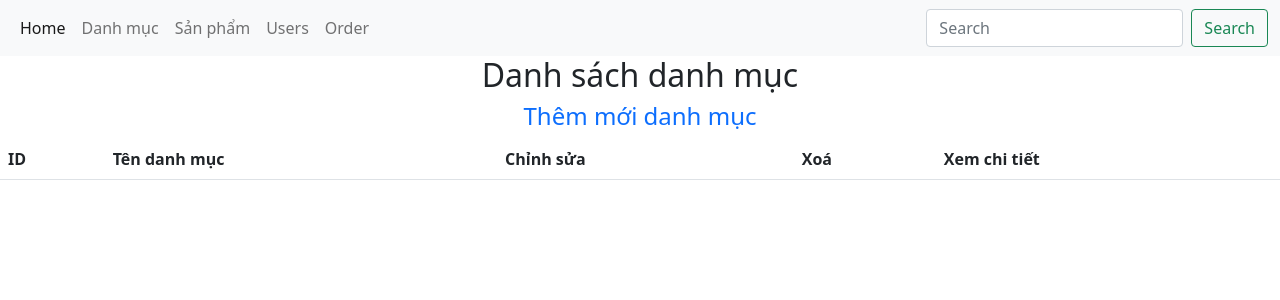
Repository: ThanhNghiadn03/Website-1-JSP-Servlet
Page: http://localhost/new-web-ban-sach/admin-home?action=categories
An editor plug-in stored every save of this project. The page is shown before and after the next save, followed by the edit.
The browser window is 1280 px wide. The pictures show the whole page.
The page is served by Tomcat 9. Other server files are loaded and not shown. Queries for data that is not in the repository find no rows.

Above is the page before, as saved 2023-04-30 08:27:37.

### Project/new-web-ban-sach/src/main/webapp/views/admin/jsp-categories/categories.jsp
<%@ page language="java" contentType="text/html; charset=UTF-8"
	pageEncoding="UTF-8"%>
<%@ taglib uri="http://java.sun.com/jsp/jstl/core" prefix="c"%>
<!DOCTYPE html>
<html>
<head>
<meta charset="UTF-8">
<title>Danh mục</title>
<link
	href="https://cdn.jsdelivr.net/npm/bootstrap@5.0.2/dist/css/bootstrap.min.css"
	rel="stylesheet"
	integrity="sha384-EVSTQN3/azprG1Anm3QDgpJLIm9Nao0Yz1ztcQTwFspd3yD65VohhpuuCOmLASjC"
	crossorigin="anonymous">
</head>
<body>
	<div class="header">
		<nav class="navbar navbar-expand-lg navbar-light bg-light">
			<div class="container-fluid">
				<!-- 				<a class="navbar-brand" href="#"> <img src="logo_casestudy.png"
					width="50px" height="50px">
				</a> -->
				<button class="navbar-toggler" type="button"
					data-bs-toggle="collapse" data-bs-target="#navbarSupportedContent"
					aria-controls="navbarSupportedContent" aria-expanded="false"
					aria-label="Toggle navigation">
					<span class="navbar-toggler-icon"></span>
				</button>
				<div class="collapse navbar-collapse" id="navbarSupportedContent">
					<ul class="navbar-nav me-auto mb-2 mb-lg-0">
						<li class="nav-item"><a class="nav-link active"
							aria-current="page" href=/new-web-ban-sach/admin-home?action=admin>Home</a></li>
						<li class="nav-item"><a class="nav-link"
							href="/new-web-ban-sach/admin-home?action=categories">Danh mục</a></li>
						<li class="nav-item"><a class="nav-link"
							href="/new-web-ban-sach/admin-home?action=products">Sản phẩm</a></li>
						<li class="nav-item"><a class="nav-link"
							href="/new-web-ban-sach/admin-home?action=users">Users</a></li>
						<li class="nav-item"><a class="nav-link"
							href="/new-web-ban-sach/admin-home?action=orders">Order</a></li>
					</ul>
					<form class="d-flex">
						<input class="form-control me-2" type="search"
							placeholder="Search" aria-label="Search">
						<button class="btn btn-outline-success" type="submit">Search</button>
					</form>
				</div>
			</div>
		</nav>
	</div>
	<center>
			<h2 >Danh sách danh mục</h2>
			<h4>
				<a href="/new-web-ban-sach/admin-home?action=creatCategories"
						style="text-decoration: none">
						Thêm mới danh mục
				</a>
			</h4>
	</center>
	<div>
		<table class="table">
			<tr>
				<th>ID</th>
				<th>Tên danh mục</th>
				<th>Chỉnh sửa</th>
				<th>Xoá</th>
				<th>Xem chi tiết</th>
			</tr>
			<c:forEach varStatus="count" var="cate" items="${listCate}">
				<tr>
					<td><c:out value="${cate.idCategory}"></c:out></td>
					<td><c:out value="${cate.nameCategory}"></c:out></td>
					<td><a
						href="/new-web-ban-sach/admin-home?action=editCate&idCategory=${cate.idCategory}"
						style="text-decoration: none">Chỉnh sửa</a></td>
					<td><a
						href="/new-web-ban-sach/admin-home?action=deleteCate&idCategory=${cate.idCategory}"
						style="text-decoration: none">Xoá</a></td>
					<td>
						<a
						href="/new-web-ban-sach/admin-home?action=detailCate&idCategory=${cate.idCategory}"
						style="text-decoration: none">Chi tiết</a>
					</td>
				</tr>
			</c:forEach>
		</table>
	</div>
</body>
</html>

### Project/new-web-ban-sach/src/main/java/controller/AdminController.java
package controller;

import java.io.IOException;
import java.util.ArrayList;
import java.util.List;

import javax.servlet.RequestDispatcher;
import javax.servlet.ServletException;
import javax.servlet.annotation.WebServlet;
import javax.servlet.http.HttpServlet;
import javax.servlet.http.HttpServletRequest;
import javax.servlet.http.HttpServletResponse;

import model.Categories;
import model.Product;
import service.Implement.CategoriesServiceImpl;
import service.Implement.ProductServiceImpl;
import service.Interfaces.CRUDCategories;
import service.Interfaces.CRUDProduct;

@WebServlet(urlPatterns = {"/admin-home"})
public class AdminController extends HttpServlet  {
	CRUDCategories cateService = new CategoriesServiceImpl();
	CRUDProduct productService = new ProductServiceImpl();
	/**
	 *
	 */
	private static final long serialVersionUID = 1L;

	protected void doGet(HttpServletRequest request, HttpServletResponse response) throws ServletException, IOException{
		String action = request.getParameter("action");
		if(action == null) {
			action = "admin";
		}
		if(action.equals("categories")) {
			showCategories(request, response);
		} else if(action.equals("products")) {
			showProduct(request, response);
		}else {
			showAdmin(request, response);
		}
	}

	protected void doPost(HttpServletRequest request, HttpServletResponse response) throws ServletException, IOException {

	}

	private void showCategories(HttpServletRequest request, HttpServletResponse response) {
		List<Categories> listCate = new ArrayList<Categories>();
		listCate = cateService.findAll();
		request.setAttribute("listCate", listCate);
		try {
			request.getRequestDispatcher("/views/admin/jsp-categories/categories.jsp").forward(request, response);
		} catch (ServletException e) {
			// TODO Auto-generated catch block
			System.out.println("Servlet Exception");
		} catch (IOException e) {
			// TODO Auto-generated catch block
			System.out.println("IOException");
		}
	}

	private void showProduct(HttpServletRequest request, HttpServletResponse response) {
		List<Product> listProduct = null;
		listProduct = productService.findAll();
		request.setAttribute("listProduct", listProduct);
		try {
			request.getRequestDispatcher("/views/admin/jsp-product/product.jsp").forward(request, response);
		} catch (ServletException e) {
			// TODO Auto-generated catch block
			System.out.println("Servlet Exception");
		} catch (IOException e) {
			// TODO Auto-generated catch block
			System.out.println("IOException");
		}
	}

	private void showAdmin(HttpServletRequest request, HttpServletResponse response) {
		try {
			request.getRequestDispatcher("/views/admin/admin.jsp").forward(request, response);
		} catch (ServletException e) {
			// TODO Auto-generated catch block
			System.out.println("Servlet Exception");
		} catch (IOException e) {
			// TODO Auto-generated catch block
			System.out.println("IOException");
		}
	}
}

### Project/new-web-ban-sach/src/main/java/service/Implement/CategoriesServiceImpl.java
package service.Implement;

import java.util.List;

import model.Categories;
import repository.Implement.CategoriesRepoImpl;
import repository.Interface.CRUDCategoriesRepo;
import service.Interfaces.CRUDCategories;

public class CategoriesServiceImpl implements CRUDCategories {

	CRUDCategoriesRepo cateRepo = new CategoriesRepoImpl();

	public List<Categories> findAll() {
		// TODO Auto-generated method stub
		return cateRepo.findAll();
	}

	public void insert(Categories t) {
		// TODO Auto-generated method stub
	}

	public void deleteById(int id) {
		// TODO Auto-generated method stub

	}

	public void edit(Categories t) {
		// TODO Auto-generated method stub

	}

	public Categories findCategories(int id) {
		// TODO Auto-generated method stub
		return null;
	}

}

### Project/new-web-ban-sach/src/main/java/repository/Interface/CRUDRepository.java
package repository.Interface;

import java.util.List;

public interface CRUDRepository <T>{
	List<T> findAll();
	void insert(T t);
	void deleteById(int id);
	void edit(T t);
}

### Project/new-web-ban-sach/src/main/java/repository/Interface/CRUDCategoriesRepo.java
package repository.Interface;

import model.Categories;

public interface CRUDCategoriesRepo extends CRUDRepository<Categories>{
	Categories findCategories(int id);
}

### Project/new-web-ban-sach/src/main/java/repository/Implement/CategoriesRepoImpl.java
package repository.Implement;

import java.sql.Connection;
import java.sql.PreparedStatement;
import java.sql.ResultSet;
import java.sql.SQLException;
import java.util.ArrayList;
import java.util.List;

import model.Categories;
import repository.Interface.CRUDCategoriesRepo;
import utils.ConnectionUtils;
import utils.ConstantCategries;

public class CategoriesRepoImpl implements CRUDCategoriesRepo{

	public List<Categories> findAll() {
		// TODO Auto-generated method stub
		List<Categories> listCate = new ArrayList<Categories>();
		Connection connection = ConnectionUtils.getConnection();
		try {
			PreparedStatement preState = connection.prepareStatement(ConstantCategries.SELECT_ALL_CATEGORIES);
			ResultSet rs = preState.executeQuery();
			while(rs.next()) {
				int id = rs.getInt("id");
				String name = rs.getString("nameCategory");
				Categories cate = new Categories(id,name);
				listCate.add(cate);
			}
		} catch (SQLException e) {
			// TODO Auto-generated catch block
			e.printStackTrace();
			System.out.println("SQLException");
		}
		return listCate;
	}

	public void insert(Categories t) {
		// TODO Auto-generated method stub

	}

	public void deleteById(int id) {
		// TODO Auto-generated method stub

	}

	public void edit(Categories t) {
		// TODO Auto-generated method stub

	}

	public Categories findCategories(int id) {
		// TODO Auto-generated method stub
		return null;
	}

}

### Project/new-web-ban-sach/src/main/java/service/Implement/ProductServiceImpl.java
package service.Implement;

import java.util.List;

import model.Product;
import repository.Implement.ProductRepoImpl;
import repository.Interface.CRUDProductRepo;
import service.Interfaces.CRUDProduct;

public class ProductServiceImpl implements CRUDProduct{

	CRUDProductRepo productRepo = new ProductRepoImpl();

	public List<Product> findAll() {
		// TODO Auto-generated method stub
		return productRepo.findAll();
	}

	public void insert(Product t) {
		// TODO Auto-generated method stub

	}

	public void deleteById(int id) {
		// TODO Auto-generated method stub

	}

	public void edit(Product t) {
		// TODO Auto-generated method stub

	}

}

### Project/new-web-ban-sach/src/main/java/repository/Interface/CRUDProductRepo.java
package repository.Interface;

import model.Product;

public interface CRUDProductRepo extends CRUDRepository<Product> {

}

### Project/new-web-ban-sach/src/main/java/repository/Implement/ProductRepoImpl.java
package repository.Implement;

import java.sql.Connection;
import java.sql.PreparedStatement;
import java.sql.ResultSet;
import java.sql.SQLException;
import java.util.ArrayList;
import java.util.List;

import model.Product;
import repository.Interface.CRUDProductRepo;
import utils.ConnectionUtils;
import utils.ConstantProduct;

public class ProductRepoImpl implements CRUDProductRepo{

	public List<Product> findAll() {
		// TODO Auto-generated method stub
		List<Product> listProduct = new ArrayList<Product>();
		Connection connection = ConnectionUtils.getConnection();
		try {
			PreparedStatement preState = connection.prepareStatement(ConstantProduct.SELECT_ALL_PRODUCT);
			ResultSet rs = preState.executeQuery();
			while(rs.next()) {
				int idProduct = rs.getInt("id");
				String name = rs.getString("nameProduct");
				int price = rs.getInt("price");
				int discount = rs.getInt("discount");
				String thumbnail = rs.getString("thumbnail");
				String description = rs.getString("descriptions");
				String creDate = rs.getString("created_at");
				String upDate = rs.getString("updated_at");
				String nxb = rs.getString("nxb");
				String tacgia = rs.getString("tacgia");
				String loaibia = rs.getString("loaibia");
				int sotrang = rs.getInt("sotrang");
				int cateId = rs.getInt("categoryID");
				Product product = new Product(idProduct,name,price,discount,thumbnail,description,creDate,upDate,nxb,tacgia,loaibia, sotrang,cateId);
				listProduct.add(product);
			}
		} catch (SQLException e) {
			// TODO Auto-generated catch block
			System.out.println("SQLException");
		}

		return listProduct;
	}

	public void insert(Product t) {
		// TODO Auto-generated method stub

	}

	public void deleteById(int id) {
		// TODO Auto-generated method stub

	}

	public void edit(Product t) {
		// TODO Auto-generated method stub

	}

}

### Project/new-web-ban-sach/src/main/java/utils/ConnectionUtils.java
package utils;

import java.sql.Connection;
import java.sql.SQLException;
import java.sql.DriverManager;

public class ConnectionUtils {
	private static String jdbcURL = "jdbc:mysql://localhost:3306/trangwebbanhang?useSSL=false";
	private static String userName = "root";
	private static String password = "123456";
	public static Connection getConnection() {
		Connection connection = null;
			try {
				Class.forName("com.mysql.cj.jdbc.Driver");
			} catch (ClassNotFoundException e1) {
				// TODO Auto-generated catch block
				e1.printStackTrace();
				System.out.println("Class not found");
			}
			try {
				connection = DriverManager.getConnection(jdbcURL,userName, password);
			} catch (SQLException e) {
				// TODO Auto-generated catch block
				e.printStackTrace();
				System.out.println("SQLException");
			}
			System.out.println("Ket noi thanh cong");
		return connection;
	}

	public static void main(String[] args) {
		getConnection();
	}


}

After the next save:
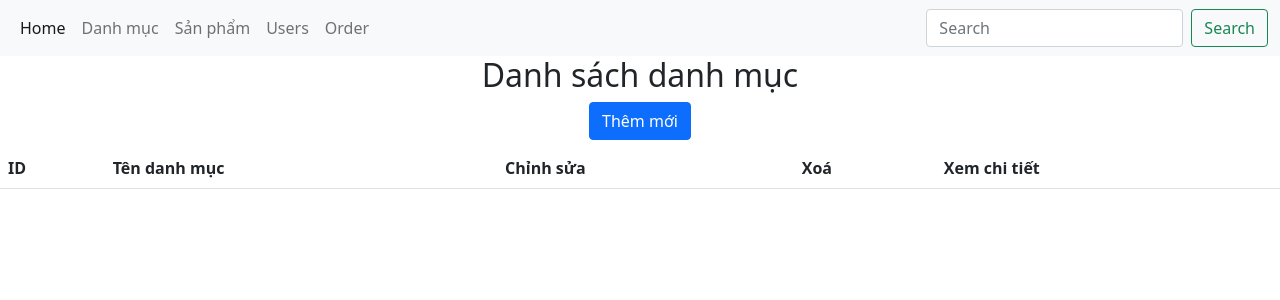
Saved 5 min 20 s later.
--- a/Project/new-web-ban-sach/src/main/webapp/views/admin/jsp-categories/categories.jsp
+++ b/Project/new-web-ban-sach/src/main/webapp/views/admin/jsp-categories/categories.jsp
@@ -50,12 +50,34 @@
 	<center>
 			<h2 >Danh sách danh mục</h2>
 			<h4>
-				<a href="/new-web-ban-sach/admin-home?action=creatCategories"
-						style="text-decoration: none">
-						Thêm mới danh mục
-				</a>
+				<button type="button" class="btn btn-primary" data-bs-toggle="modal"
+				data-bs-target="#addCate">Thêm
+				mới</button>
 			</h4>
 	</center>
+	<div id="addCate" class="modal fade" tabindex="-1"
+		aria-labelledby="addNew" aria-hidden="true">
+		<div class="modal-dialog">
+			<div class="modal-content">
+				<div class="modal-header">
+					<h4 class="modal-title" id="addNew">Thêm mới danh mục</h4>
+					<button type="button" class="btn-close" data-bs-dismiss="modal"
+						aria-label="Close"></button>
+				</div>
+				<div class="modal-body">
+					<div class="mb-3">
+						<input type="text" name="nameCate" class="form-control"
+							placeholder="Tên danh mục">
+					</div>
+				</div>
+				<div class="modal-footer">
+					<button type="button" class="btn btn-secondary"
+						data-bs-dismiss="modal">Đóng</button>
+					<button type="button" class="btn btn-primary">Thêm mới</button>
+				</div>
+			</div>
+		</div>
+	</div>
 	<div>
 		<table class="table">
 			<tr>
